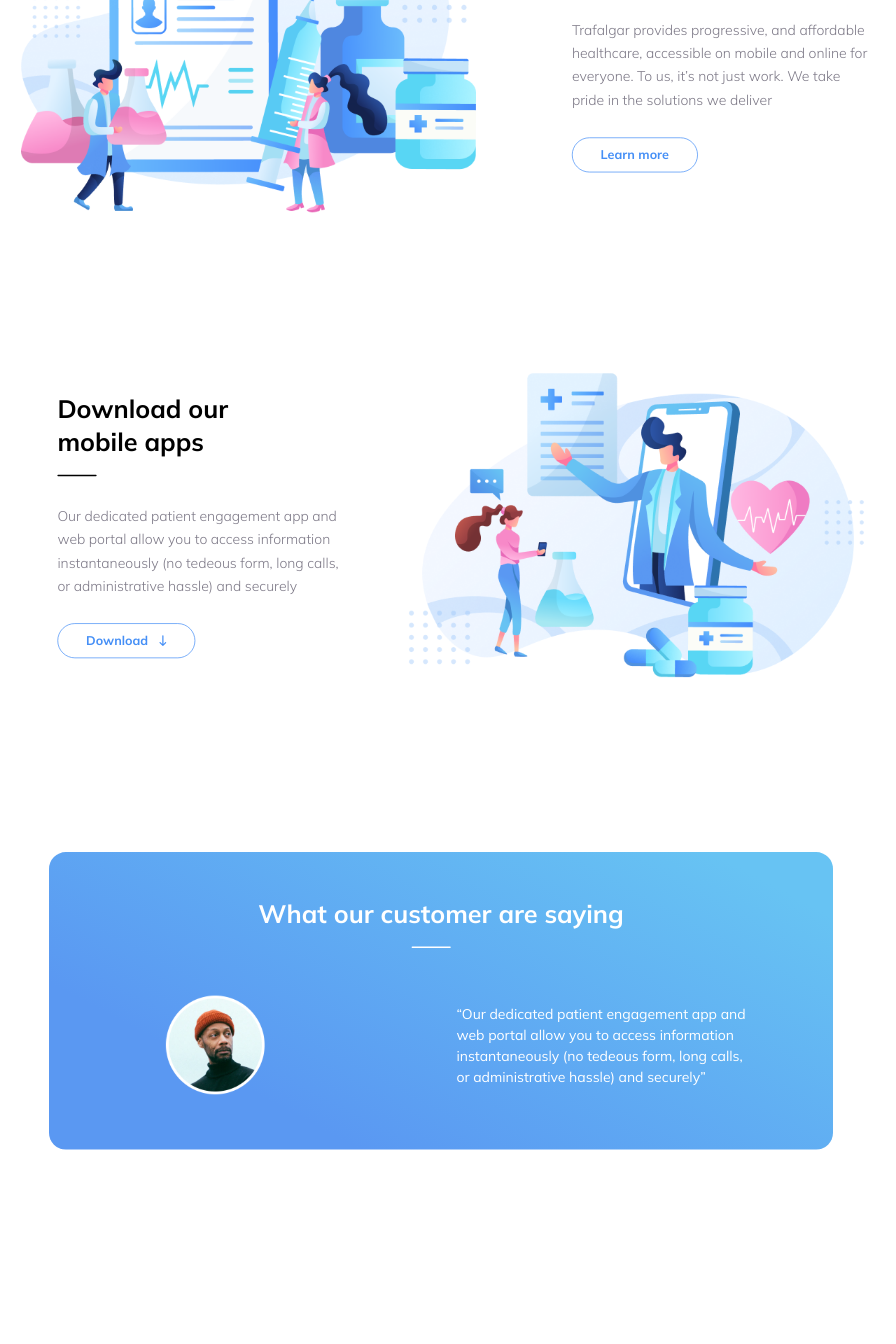
Repository: tungcutte35/Trafalgar
Page: index.html
An editor plug-in stored every save of this project. The page is shown before and after the next save, followed by the edit.
The browser window is 1280 px wide. The pictures show the part of the page from y = 2526 to 4446 px (the page is 4446 px tall before and 4425 px after), at 70% of full size.
The style sheet was rebuilt from its Sass, Less or Tailwind sources for each picture, by a compiler version that may differ from the author's.

Above is the page before, as saved 2021-10-18 00:55:57.

After the next save:
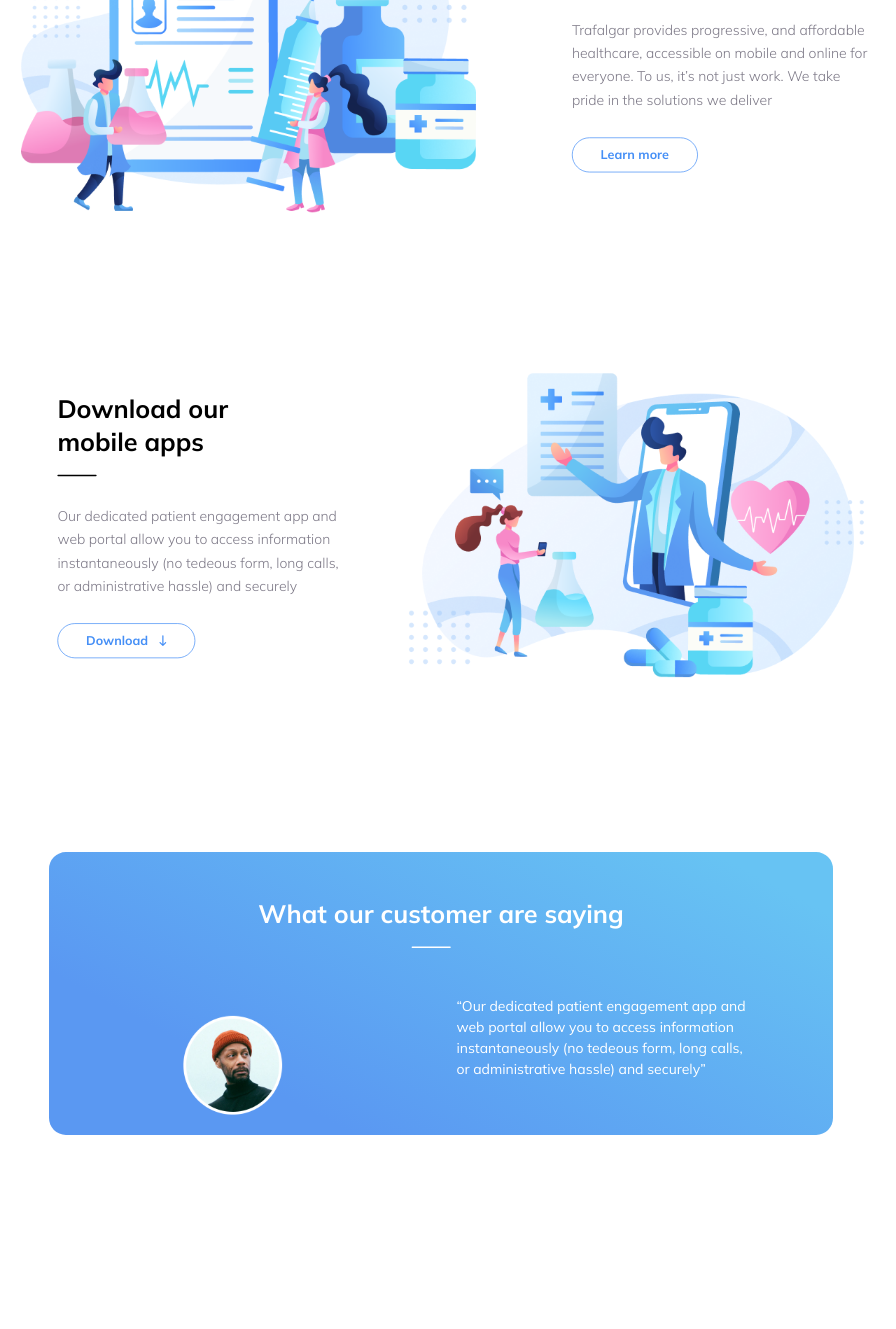
Saved 84 s later.
--- a/sass/_customer.scss
+++ b/sass/_customer.scss
@@ -41,7 +41,7 @@
     max-width: 141px;
     height: 141px;
   }
-  &-name {
+  &-highlight {
     max-width: 119px;
     display: flex;
     align-items: center;
